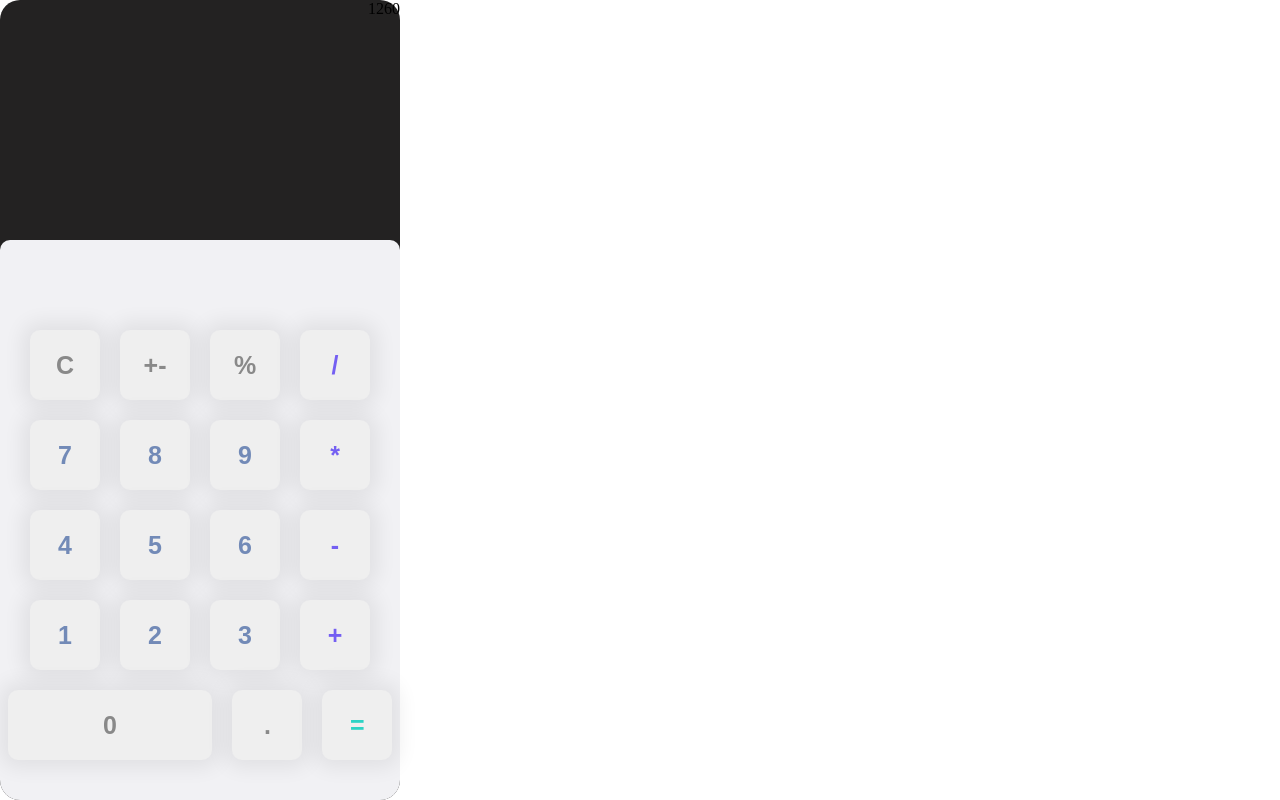
Repository: BrunoBross/calculator
Page: index.html
An editor plug-in stored every save of this project. The page is shown before and after the next save, followed by the edit.
The browser window is 1280 px wide. The pictures show the whole page.

Above is the page before, as saved 2021-11-30 23:13:29.

### index.html
<!DOCTYPE html>
<html lang="en">
<head>
  <meta charset="UTF-8">
  <meta http-equiv="X-UA-Compatible" content="IE=edge">
  <meta name="viewport" content="width=device-width, initial-scale=1.0">
  <title>Calculator</title>
  <link rel="stylesheet" href="./style.css">
</head>
<body>
  <main>
    <div class="calculator">
      <div class="view">
        1260
      </div>
      <div class="buttons">
        <button class="extra" id="reset">C</button>
        <button class="extra" id="moreless">+-</button>
        <button class="extra" id="percent">%</button>
        <button class="operator" id="division">/</button>
        <button class="number" id="seven">7</button>
        <button class="number" id="eight">8</button>
        <button class="number" id="nine">9</button>
        <button class="operator" id="multiply">*</button>
        <button class="number" id="four">4</button>
        <button class="number" id="five">5</button>
        <button class="number" id="six">6</button>
        <button class="operator" id="less">-</button>
        <button class="number" id="one">1</button>
        <button class="number" id="two">2</button>
        <button class="number" id="three">3</button>
        <button class="operator" id="plus">+</button>
        <button class="extra" id="zero">0</button>
        <button class="extra" id="dot">.</button>
        <button class="equals" id="equals">=</button>
      </div>
    </div>

    <div class="small-square"></div>
    <div class="square"></div>
    <div class="small-circle"></div>
    <div class="circle"></div>
  </main>
</body>
<script src="./script.js"></script>
</html>

### style.css
*{
  padding: 0;
  margin: 0;
}

.calculator{
  background-color: #232222;
  display: flex;
  flex-direction: column;
  width: 400px;
  height: 800px;
  border-radius: 20px;
}

.view{
  display: flex;
  flex-direction: row-reverse;
  height: 200px;

}

.buttons{
  margin-top: 55px;
  padding-top: 90px;
  padding-bottom: 40px;
  background-color: #F1F1F4;
  display: flex;
  justify-content: center;
  flex-wrap: wrap;
  gap: 20px;
  border-radius: 10px 10px 20px 20px;
}

.buttons > button{
  box-shadow: 0 0 20px 8px #00000011;
  border: none;
  height: 70px;
  width: 70px;
  border-radius: 10px;
  cursor: pointer;
  transition: 0.3s;
  font-size: 25px;
  font-weight: bold;
}

.buttons > button:hover{
  filter: brightness(0.7);
}

#zero{
  width: 16vw;
}

.number{
  color: #728AB7;

}

.operator{
  color: #745FF2;

}

.equals{
  color: #2DD3C5;

}

.extra{
  color: #898989
}

Loaded but not shown: script.js (no copy from this time; the picture is the same without it)

After the next save:
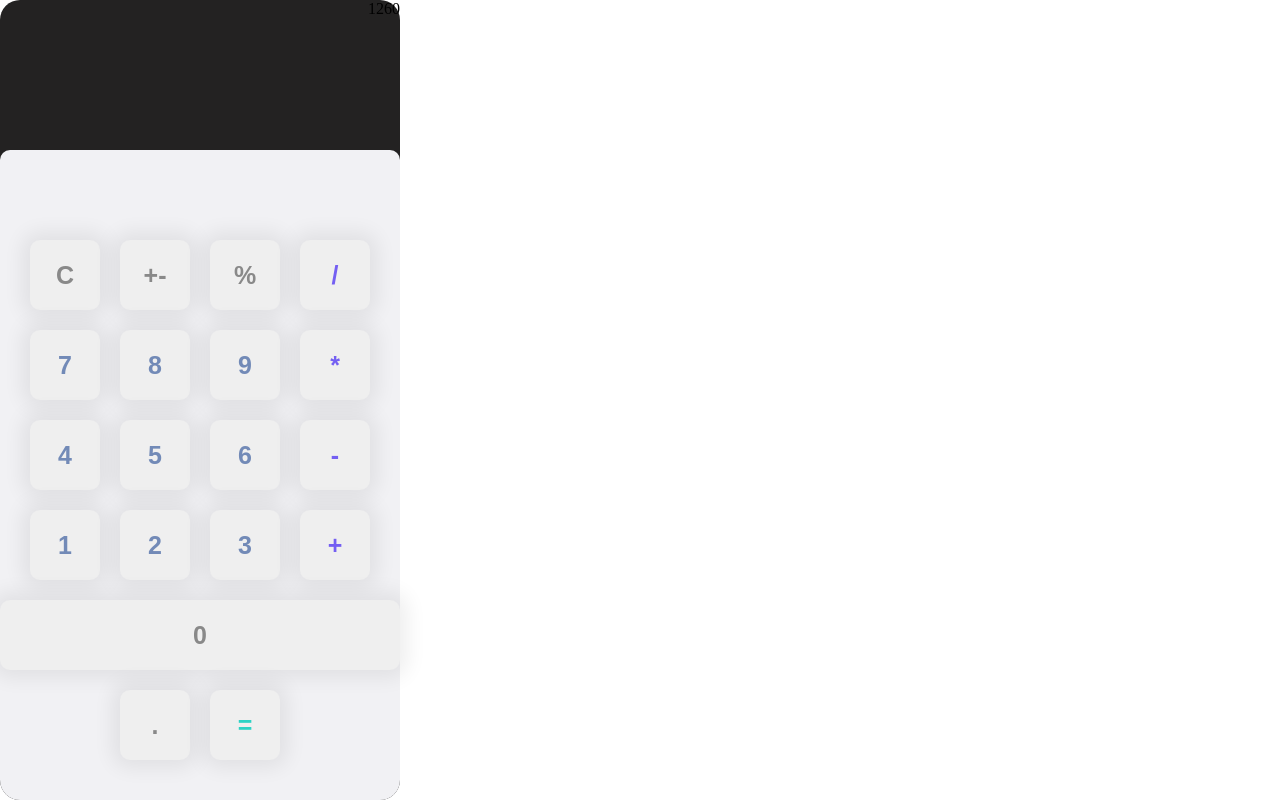
Saved 26 s later.
--- a/style.css
+++ b/style.css
@@ -48,7 +48,7 @@
 }
 
 #zero{
-  width: 16vw;
+  width: 140vw;
 }
 
 .number{

After the 4 saves that followed:
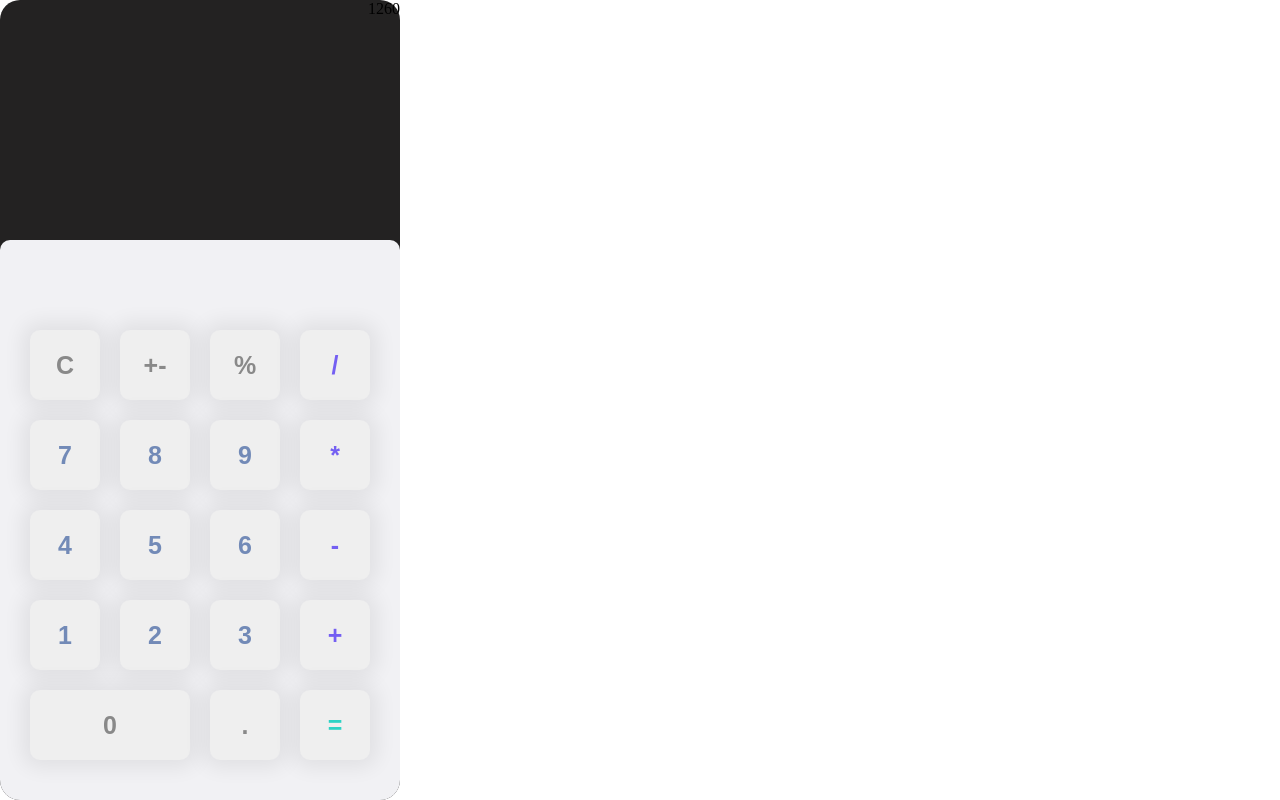
The 4 saves are shown as one change because they came seconds apart.
The last was saved 12 s later.
--- a/style.css
+++ b/style.css
@@ -48,7 +48,7 @@
 }
 
 #zero{
-  width: 140vw;
+  width: 160px;
 }
 
 .number{
